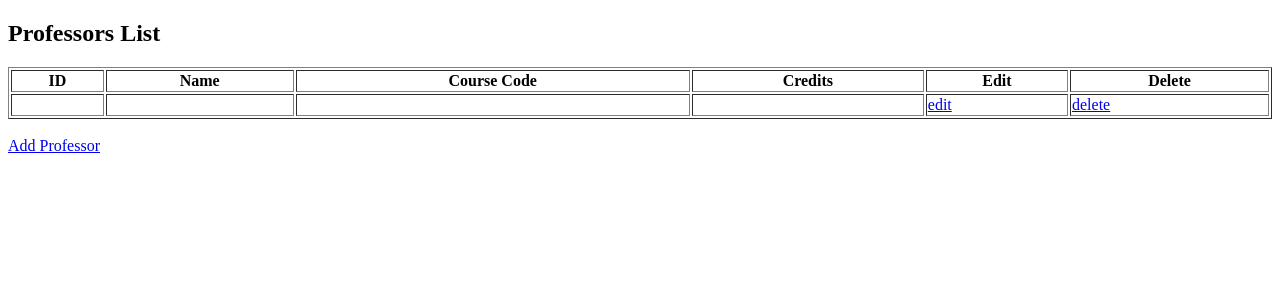
Repository: MuhammadAbdullahIqbal23/eclipse-workspace
Page: http://localhost/mvcproject/viewprofessors
The author's editor kept a copy of each file at every save. The page is drawn from the files as they stood at one save, then again after the next save.
The browser window is 1280 px wide. The pictures show the whole page.
The page is served by Tomcat 9. Queries for data that is not in the repository find no rows.

Above is the page before, as saved 2024-06-01 09:21:51.

After the next save:
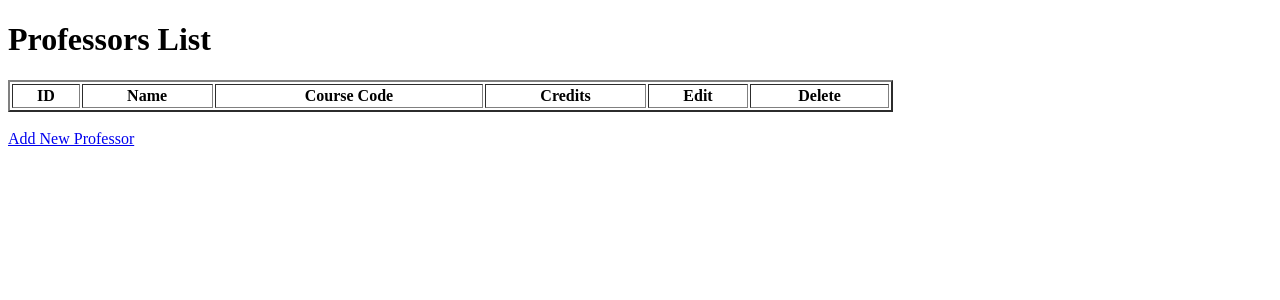
Saved 3 min 55 s later.
--- a/mvcproject/src/main/webapp/WEB-INF/jsp/viewprofessors.jsp
+++ b/mvcproject/src/main/webapp/WEB-INF/jsp/viewprofessors.jsp
@@ -1,31 +1,38 @@
+<%@ page language="java" contentType="text/html; charset=ISO-8859-1"
+pageEncoding="ISO-8859-1"%>
+
+<%@ taglib uri="http://www.springframework.org/tags/form" prefix="form"%>
+<%@ taglib uri="http://java.sun.com/jsp/jstl/core" prefix="c"%>
+
 <!DOCTYPE html>
 <html>
 <head>
-    <title>View Professors</title>
+<meta charset="ISO-8859-1">
+<title>View Professors</title>
 </head>
 <body>
-    <h2>Professors List</h2>
-   <table border="1" width="100%">
-    <tr>
-        <th>ID</th>
-        <th>Name</th>
-        <th>Course Code</th>
-        <th>Credits</th>
-        <th>Edit</th>
-        <th>Delete</th>
-    </tr>
-    <c:forEach var="p" items="${list}">
-        <tr>
-            <td>${p.id}</td>
-            <td>${p.name}</td>
-            <td>${p.courseCode}</td>
-            <td>${p.credits}</td>
-            <td><a href="editprofessor/${p.id}">edit</a></td>
-            <td><a href="deleteprofessor/${p.id}">delete</a></td>
-        </tr>
-    </c:forEach>
+<h1>Professors List</h1>
+<table border="2" width="70%" cellpadding="2">
+<tr>
+<th>ID</th>
+<th>Name</th>
+<th>Course Code</th>
+<th>Credits</th>
+<th>Edit</th>
+<th>Delete</th>
+</tr>
+<c:forEach var="p" items="${list}">
+<tr>
+<td>${p.id}</td>
+<td>${p.name}</td>
+<td>${p.courseCode}</td>
+<td>${p.credits}</td>
+<td><a href="editprofessor/${p.id}">Edit</a></td>
+<td><a href="deleteprofessor/${p.id}">Delete</a></td>
+</tr>
+</c:forEach>
 </table>
 <br/>
-   <a href="professorform">Add Professor</a>
+<a href="professorform">Add New Professor</a>
 </body>
 </html>
